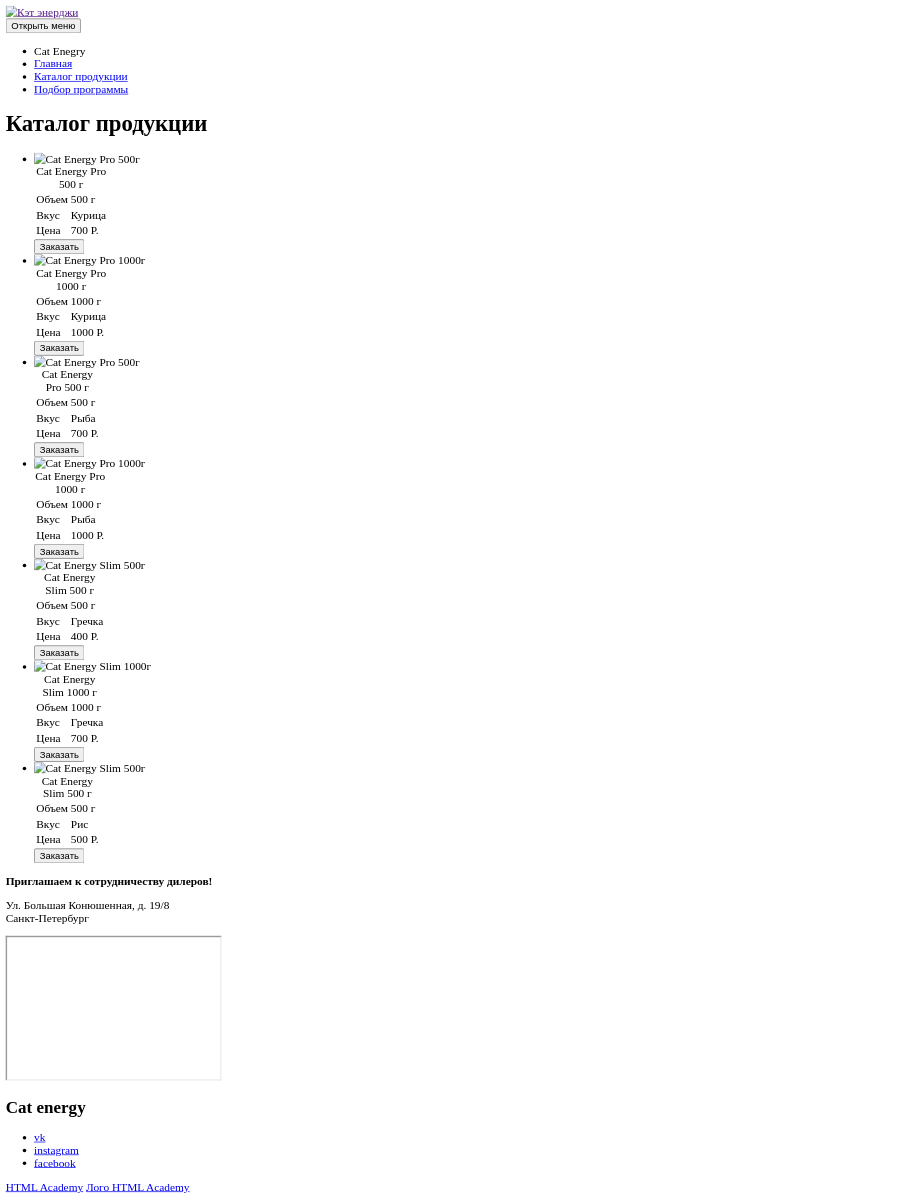
Repository: infernotw/1054987-cat-energy-17
Page: source/catalog.html
These files come from the project's save history. The page is drawn as it stood at one moment and after the next save; the edit follows.
The browser window is 1280 px wide. The pictures show the whole page, at 71% of full size.

Above is the page before, as saved 2019-07-17 05:37:54.

After the next save:
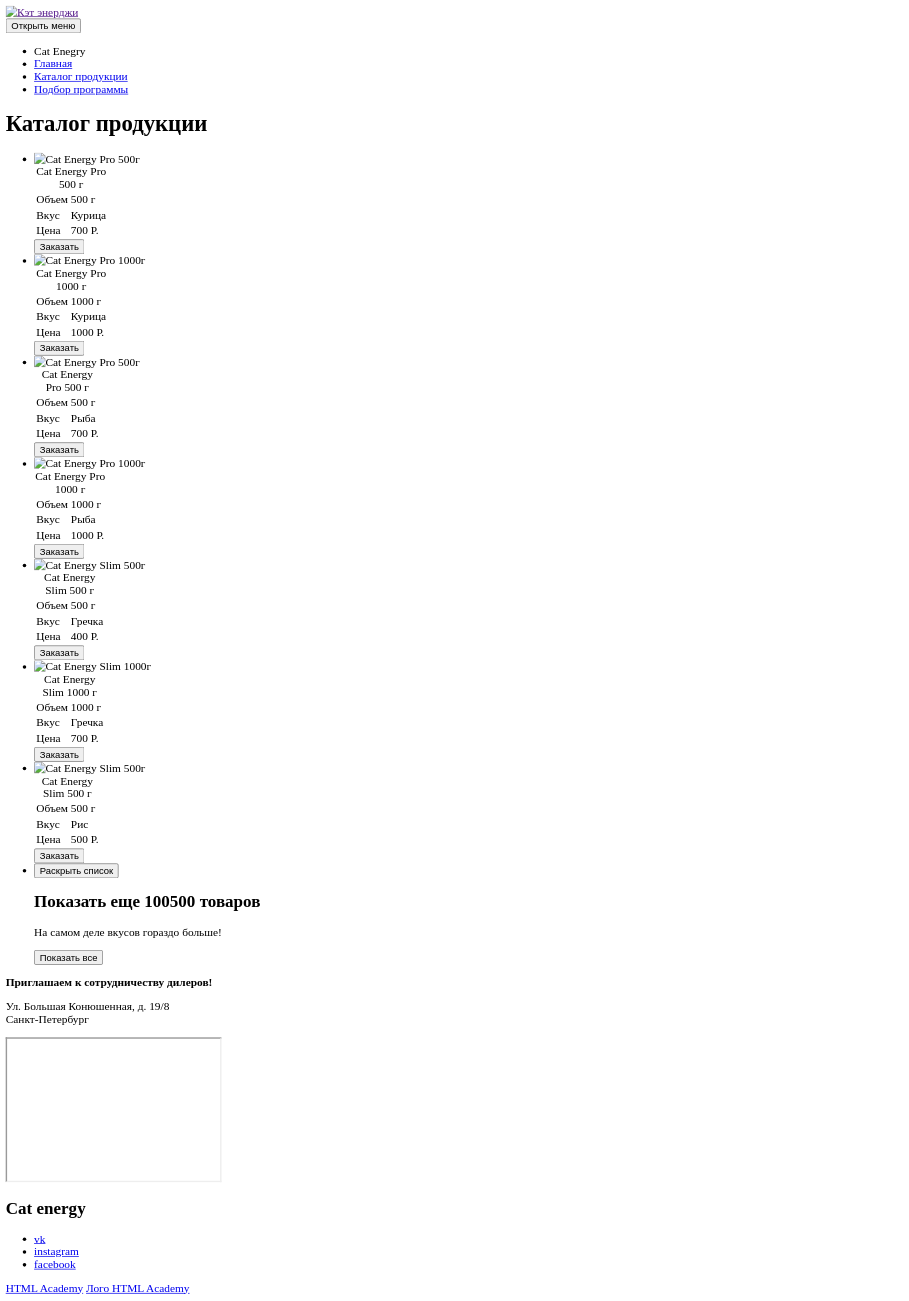
Saved 6 min 20 s later.
--- a/source/catalog.html
+++ b/source/catalog.html
@@ -171,6 +171,12 @@
             </table>
             <button class="button catalog__button" type="button">Заказать</button>
           </li>
+          <li class="catalog__item">
+            <button class="catalog__plus" type="button">Раскрыть список</button>
+            <h2 class="catalog__more">Показать еще 100500 товаров</h2>
+            <p class="catalog__description">На самом деле вкусов гораздо больше!</p>
+            <button class="button catalog__button--grey">Показать все</button>
+          </li>
         </ul>
 
       </div>
